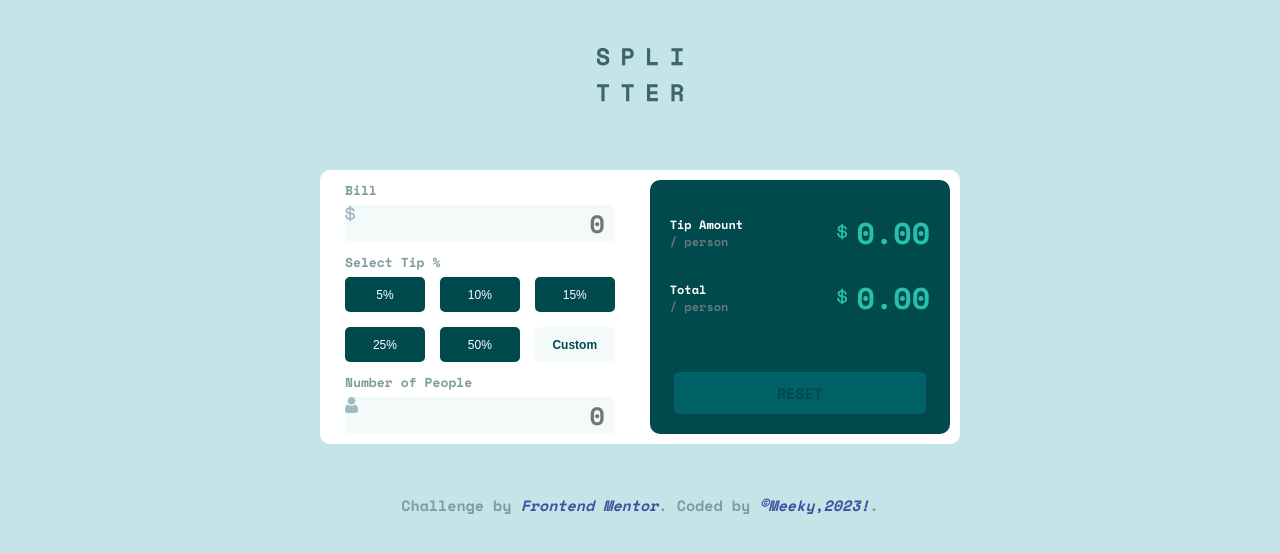
Repository: MeekyBerry/Frontend-Mentor-Challenges
Page: tip-calculator-app/index.html
An editor plug-in stored every save of this project. The page is shown before and after the next save, followed by the edit.
The browser window is 1280 px wide. The pictures show the whole page.

Above is the page before, as saved 2023-04-07 21:41:45.

### tip-calculator-app/index.html
<!DOCTYPE html>
<html lang="en">

<head>
  <meta charset="UTF-8">
  <meta name="viewport" content="width=device-width, initial-scale=1.0">
  <link rel="icon" type="image/png" sizes="32x32" href="./css/images/favicon-32x32.png">
  <title> Tip calculator app</title>
  <link rel="stylesheet" href="./css/style.css">
  <script src="./script.js" defer></script>
</head>

<body>
  <div class="heading-logo">
    <img src="./css/images/logo.svg" alt="Logo" class="logo">
  </div>

  <form id="form" class="background">
    <div class="first-container">
      <div class="first-container__content">
        <label for="bill">Bill</label>
        <input type="number" id="bill" placeholder="0" class="bill-input__img input-bar">
      </div>

      <div class="tip">
        <div class="tip--heading">Select Tip %</div>
        <div class="percent-container">
          <button type="button" class="percent five">5%</button>
          <button type="button" class="percent ten">10%</button>
          <button type="button" class="percent fiftheen">15%</button>
          <button type="button" class="percent twenty-five">25%</button>
          <button type="button" class="percent fifty">50%</button>
          <button type="button" class="percent custom" id="cst-btn">Custom</button>
        </div>
      </div>
      <div class="first-container__content">
        <div class="people-validate">
          <label for="number">Number of People</label>
          <span id="validate" class="people-zero">Can't be zero</span>
        </div>
        <!-- <div class="icon-box"> -->
          <input type="number" id="people" class="people-input__img input-bar" placeholder="0">
        <!-- </div> -->
      </div>
    </div>

    <div class="second-container">
      <div class="second-container__content">
      <div class="amount">
        <p class="total">Tip Amount <span class="person">/ person</span></p>
        <div class="digit">
          <svg xmlns="http://www.w3.org/2000/svg" >
            <path fill="var(--Strong-cyan)"
              d="M6.016 16.328v-1.464c1.232-.08 2.22-.444 2.964-1.092.744-.648 1.116-1.508 1.116-2.58v-.144c0-.992-.348-1.772-1.044-2.34-.696-.568-1.708-.932-3.036-1.092V4.184c.56.144 1.012.4 1.356.768.344.368.516.816.516 1.344v.288h1.824v-.432c0-.448-.088-.876-.264-1.284a3.783 3.783 0 00-.744-1.116A4.251 4.251 0 007.54 2.9a5.324 5.324 0 00-1.524-.492V.872H4.288V2.36a5.532 5.532 0 00-1.416.324c-.448.168-.84.392-1.176.672-.336.28-.604.616-.804 1.008-.2.392-.3.844-.3 1.356v.144c0 .96.316 1.708.948 2.244.632.536 1.548.884 2.748 1.044v3.912c-.704-.16-1.248-.472-1.632-.936-.384-.464-.576-1.08-.576-1.848v-.288H.256v.576c0 .464.08.924.24 1.38.16.456.404.88.732 1.272.328.392.744.728 1.248 1.008s1.108.476 1.812.588v1.512h1.728zM4.288 7.424c-.688-.128-1.164-.332-1.428-.612-.264-.28-.396-.644-.396-1.092 0-.464.176-.832.528-1.104.352-.272.784-.448 1.296-.528v3.336zm1.728 5.712V9.344c.768.128 1.328.328 1.68.6.352.272.528.688.528 1.248 0 .544-.196.984-.588 1.32-.392.336-.932.544-1.62.624z" />
          </svg>
          <span id="tip-amount" class="amount-span">0.00</span>
        </div>
      </div>

      <div class="amount">
        <p class="total">Total <span class="person">/ person</span></p>
        <div class="digit">
          <svg xmlns="http://www.w3.org/2000/svg">
            <path fill="var(--Strong-cyan)"
              d="M6.016 16.328v-1.464c1.232-.08 2.22-.444 2.964-1.092.744-.648 1.116-1.508 1.116-2.58v-.144c0-.992-.348-1.772-1.044-2.34-.696-.568-1.708-.932-3.036-1.092V4.184c.56.144 1.012.4 1.356.768.344.368.516.816.516 1.344v.288h1.824v-.432c0-.448-.088-.876-.264-1.284a3.783 3.783 0 00-.744-1.116A4.251 4.251 0 007.54 2.9a5.324 5.324 0 00-1.524-.492V.872H4.288V2.36a5.532 5.532 0 00-1.416.324c-.448.168-.84.392-1.176.672-.336.28-.604.616-.804 1.008-.2.392-.3.844-.3 1.356v.144c0 .96.316 1.708.948 2.244.632.536 1.548.884 2.748 1.044v3.912c-.704-.16-1.248-.472-1.632-.936-.384-.464-.576-1.08-.576-1.848v-.288H.256v.576c0 .464.08.924.24 1.38.16.456.404.88.732 1.272.328.392.744.728 1.248 1.008s1.108.476 1.812.588v1.512h1.728zM4.288 7.424c-.688-.128-1.164-.332-1.428-.612-.264-.28-.396-.644-.396-1.092 0-.464.176-.832.528-1.104.352-.272.784-.448 1.296-.528v3.336zm1.728 5.712V9.344c.768.128 1.328.328 1.68.6.352.272.528.688.528 1.248 0 .544-.196.984-.588 1.32-.392.336-.932.544-1.62.624z" />
          </svg>
          <span id="total-amount" class="amount-span">0.00</span>
        </div>
      </div>
      </div>
      <div class="btn-wrapper">
        <button type="reset" id="reset" class="btn">Reset</button>
      </div>
    </div>
  </form>

  <div class="attribution">
    Challenge by <a href="https://www.frontendmentor.io?ref=challenge" target="_blank">Frontend Mentor</a>.
    Coded by <a href="https://www.linkedin.com/in/mikkylanky/" target="_blank">&copy;Meeky,2023!</a>.
  </div>
</body>

</html>

### tip-calculator-app/css/style.css
@import url("https://fonts.googleapis.com/css2?family=Space+Mono:wght@400;700&display=swap");

:root {
  /* ### Primary */
  --Strong-cyan: hsl(172, 67%, 45%);
  /* ### Neutral */
  --Very-dark-cyan: hsl(183, 100%, 15%);
  --Dark-grayish-cyan: hsl(186, 14%, 43%);
  --Grayish-cyan: hsl(184, 14%, 56%);
  --Light-grayish-cyan: hsl(185, 41%, 84%);
  --Very-light-grayish-cyan: hsl(189, 41%, 97%);
  --White: hsl(0, 0%, 100%);
  --dark-blue: hsl(228, 45%, 44%);
}

html {
  font-size: 50%;
}

*,
::before,
::after {
  margin: 0;
  padding: 0;
  box-sizing: border-box;
}

body {
  font-size: 1.8rem;
  font-family: "Space Mono", sans-serif;
  font-weight: 700;
  background-color: var(--Light-grayish-cyan);
  color: var(--Grayish-cyan);
  height: 100%;
  width: 100%;
}

.heading-logo {
  height: 15rem;
  width: 100%;
  position: relative;
}

.logo {
  position: absolute;
  top: 50%;
  left: 50%;
  transform: translate(-50%, -50%);
}

.background {
  display: flex;
  flex-direction: column;
  justify-content: space-around;
  gap: 1rem;
  background-color: var(--White);
  height: 100%;
  width: 60%;
  border-radius: 1rem;
  padding: 2rem 1rem;
  margin: 2rem auto;
  -webkit-border-radius: 1rem;
  -moz-border-radius: 1rem;
  -ms-border-radius: 1rem;
  -o-border-radius: 1rem;
}

.first-container {
  width: 100%;
  display: flex;
  flex-direction: column;
  align-items: center;
}

.first-container__content {
  display: flex;
  flex-direction: column;
  justify-content: center;
  align-items: center;
  gap: .5rem;
  width: 90%;
}

.people-validate {
  display: flex;
  justify-content: space-between;
  align-items: center;
  gap: 1rem;
  width: 100%;
}

.people-zero {
  color: red;
  font-size: 1rem;
  font-family: "Space Mono", sans-serif;
  font-weight: 400;
  align-self: flex-end;
  display: none;
}

label {
  font-size: 1.3rem;
  align-self: flex-start;
}

.input-bar {
  display: flex;
  justify-content: space-between;
  align-items: center;
  width: 100%;
  border: none;
  border-radius: .5rem;
  font-size: 2.5rem;
  font-family: "Space Mono", sans-serif;
  font-weight: 700;
  text-align: end;
  padding: 0 1rem 0 3rem;
}

.input-bar:focus {
  outline-color: var(--Strong-cyan);
}

.bill-input__img {
  background: url(../css/images/icon-dollar.svg) no-repeat var(--Very-light-grayish-cyan);
  padding: 0 1rem 0 3rem;
}

.people-input__img {
  background: url(../css/images/icon-person.svg) no-repeat var(--Very-light-grayish-cyan);
  padding: 0 1rem 0 3rem;
}

/* Remove Arrows/Spinners ON INPUT */
input::-webkit-outer-spin-button,
input::-webkit-inner-spin-button {
  -webkit-appearance: none;
}

/* Firefox */
input[type="number"] {
  -moz-appearance: textfield;
}

.tip {
  padding: 1rem 0;
  width: 90%;
}

.tip--heading {
  font-size: 1.3rem;
  margin-bottom: .5rem;
}

.percent-container {
  display: grid;
  grid-template-columns: repeat(2, 1fr);
  grid-template-rows: repeat(3, 1fr);
  grid-template-areas:
    "five ten"
    "fiftheen twentyFive"
    "fifty custom";
  place-items: center;
  gap: 1.5rem;
}

.percent {
  background-color: var(--Very-dark-cyan);
  color: var(--White);
  text-align: center;
  border: none;
  font-size: 1.2rem;
  width: 100%;
  height: 3.5rem;
  border-radius: .5rem;
  -webkit-border-radius: .5rem;
  -moz-border-radius: .5rem;
  -ms-border-radius: .5rem;
  -o-border-radius: .5rem;
}

.percent:active {
  background-color: var(--Light-grayish-cyan);
  color: var(--Very-dark-cyan);
  font-weight: 700;
}

.five {
  grid-area: five;
}

.ten {
  grid-area: ten;
}

.fiftheen {
  grid-area: fiftheen;
}

.twenty-five {
  grid-area: twentyFive;
}

.fifty {
  grid-area: fifty;
}

.custom {
  grid-area: custom;
  background-color: var(--Very-light-grayish-cyan);
  color: var(--Very-dark-cyan);
  font-weight: 700;
}

.custom-input {
  background-color: var(--Very-light-grayish-cyan);
  color: var(--Very-dark-cyan);
  border: none;
  padding: 0 1rem;
  font-size: 1.5rem;
  font-weight: 700;
  text-align: end;
  width: 100%;
  height: 100%;
  border-radius: .5rem;
  -webkit-border-radius: .5rem;
  -moz-border-radius: .5rem;
  -ms-border-radius: .5rem;
  -o-border-radius: .5rem;
}

.custom-input:focus {
  outline-color: var(--Strong-cyan);
}

.second-container {
  background-color: var(--Very-dark-cyan);
  border-radius: 1rem;
  padding: 2rem 1rem;
  width: 90%;
  margin: 0 auto;
}

.second-container__content {
  display: flex;
  flex-direction: column;
  justify-content: space-between;
}

.amount {
  display: flex;
  justify-content: space-between;
  align-items: center;
  gap: .5rem;
  padding: 1rem;
}

.total {
  color: var(--White);
  font-size: 1.2rem;
}

.person {
  display: block;
  font-size: rem;
  color: var(--Dark-grayish-cyan);
}

.digit {
  display: flex;
  align-items: center;
  justify-content: center;
  /* gap: 1rem; */
}

svg {
  width: 2rem;
  height: 2rem;
}

.amount-span {
  font-size: 3rem;
  color: var(--Strong-cyan);
}

.btn-wrapper {
  display: flex;
  justify-content: center;
  align-items: center;
  margin-top: 1rem;
}

.btn {
  width: 90%;
  padding: 1rem;
  background-color: hsl(183, 100%, 20%);
  color: var(--Very-dark-cyan);
  border: none;
  text-transform: uppercase;
  font-size: 1.5rem;
  font-weight: 700;
  font-family: "Space Mono", sans-serif;
  border-radius: .5rem;
  -webkit-border-radius: .5rem;
  -moz-border-radius: .5rem;
  -ms-border-radius: .5rem;
  -o-border-radius: .5rem;
}

.attribution {
  font-size: 1.5rem;
  text-align: center;
  margin-top: 5rem;
}

.attribution a {
  color: var(--dark-blue);
  text-decoration: none;
  font-style: italic;
}

@media only screen and (min-width: 600px) {
  html {
    font-size: 56.25%
  }

  .background {
    width: 40%;
  }
}

@media only screen and (min-width: 900px) {
  html {
    font-size: 62.5%;
  }

  .background {
    width: 50%;
    height: 50%;
    margin: 2rem auto;
    flex-direction: row;
    gap: 2rem;
    padding: 1rem;
  }

  .first-container {
    display: flex;
    flex-direction: column;
    justify-content: space-around;
    flex-basis: 50%;
  }

  .percent-container {
    grid-template-columns: repeat(3, 1fr);
    grid-template-rows: repeat(2, 1fr);
    grid-template-areas:
      "five ten fiftheen"
      "twentyFive fifty custom";
  }

  .second-container {
    display: flex;
    flex-direction: column;
    flex-basis: 50%;
  }

  .btn-wrapper {
    margin-top: auto;
  }
}

### tip-calculator-app/script.js
// 1. Get the bill amount from the input field
const billInput = document.getElementById("bill");
// 2. Get the tip percentage from the Button array
const tipButtons = document.querySelectorAll(".percent");
// 2.1. The percentage array contains a Custom button which toggles to input field when clicked
const customButton = document.querySelector(".custom");
// 2.2. Get the custom percentage from the input field
const customInput = document.createElement("input");
// Add style class to created customInput element
// customInput.classList.add('custom-input');
// 3. Get the number of people from the input field
const peopleInput = document.getElementById("people");
// 4. Calculate the tip amount per person;
const tipAmountSpan = document.getElementById("tip-amount");
// 5. Calculate the total cost per person
const totalAmountSpan = document.getElementById("total-amount");
// 6. Display the tip amount per person
const resetButton = document.getElementById("reset");
const validatePeople = document.getElementById("validate");

let bill = 0;
let tipPercentage = 0;
let customPercentage = 0;
let people = 0;

let inputPeople = false;
let error = true;

// calculate tip and total amount
const calculateTip = () => {
  if (people > 0) {
    inputPeople = true;
    let tip = (bill * (tipPercentage + customPercentage)) / 100;
    let total = bill + tip;
    let tipPerPerson = tip / people;
    let totalPerPerson = total / people;
    tipAmountSpan.textContent = `${tipPerPerson.toFixed(2)}`;
    totalAmountSpan.textContent = `${totalPerPerson.toFixed(2)}`;
  }
};

// add event listener for bill input
billInput.addEventListener("input", () => {
  bill = Number(billInput.value);
  calculateTip();
  disableReset();
});

// add event listener for people input
peopleInput.addEventListener("input", () => {
  if (peopleInput.value === "0") {
    validatePeople.style.display = "block";
    peopleInput.style.outlineColor = "red";
  } else {
    validatePeople.style.display = "none";
    peopleInput.style.outlineColor = "hsl(172, 67%, 45%)";
    people = Number(peopleInput.value);
    calculateTip();
    disableReset();
  }
});

// add event listeners for tip buttons
tipButtons.forEach((button) => {
  button.addEventListener("click", () => {
    if (button.classList.contains("custom")) {
      customInput.type = "number";
      customInput.value = "";
      customInput.classList.add("custom-input");
      if (button.parentNode) {
        button.parentNode.replaceChild(customInput, button);
        customInput.focus();
      }
    } else {
      tipPercentage = Number(button.textContent.replace("%", ""));
      calculateTip();
    }
  });
});

// add event listener for custom input
customInput.addEventListener("input", () => {
  customPercentage = Number(customInput.value);
  calculateTip();
});

// add event listener for reset button
resetButton.addEventListener("click", () => {
  billInput.value = "";
  peopleInput.value = "";
  tipAmountSpan.textContent = "0.00";
  totalAmountSpan.textContent = "0.00";
  bill = 0;
  tipPercentage = 0;
  customPercentage = 0;
  people = 0;
  if (customInput.parentNode) {
    customInput.parentNode.replaceChild(customButton, customInput);
  }
  resetButton.disabled = true;
  disableReset();
  validatePeople.style.display = "none";
});

// disable reset button
const disableReset = () => {
  if (billInput.value.trim() === "" && peopleInput.value.trim() === "") {
    resetButton.disabled = true;
    resetButton.style.backgroundColor = "hsl(183, 100%, 25%)";
  } else {
    resetButton.disabled = false;
    resetButton.style.backgroundColor = "hsl(172, 67%, 45%)";
  }
};

// add event listeners for reset button for the active state
resetButton.addEventListener("mousedown", () => {
  resetButton.style.backgroundColor = "hsl(185, 41%, 84%)";
});

resetButton.addEventListener("mouseup", () => {
  resetButton.style.backgroundColor = "hsl(183, 100%, 25%)";
});

After the next save:
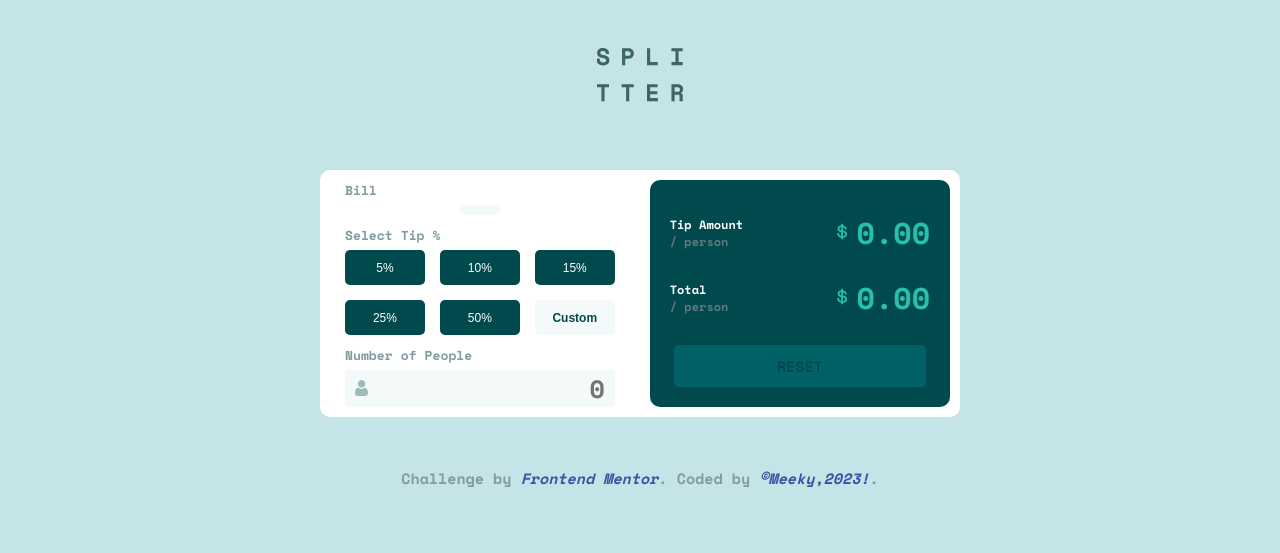
Saved 34 s later.
--- a/tip-calculator-app/css/style.css
+++ b/tip-calculator-app/css/style.css
@@ -122,12 +122,14 @@
 }
 
 .bill-input__img {
-  background: url(../css/images/icon-dollar.svg) no-repeat var(--Very-light-grayish-cyan);
+  background: url(../css/images/icon-dollar.svg) no-repeat var(--Very-light-grayish-cyan) 1rem 1rem;
+  width: 1rem;
+  height: 1rem;
   padding: 0 1rem 0 3rem;
 }
 
 .people-input__img {
-  background: url(../css/images/icon-person.svg) no-repeat var(--Very-light-grayish-cyan);
+  background: url(../css/images/icon-person.svg) no-repeat var(--Very-light-grayish-cyan) 1rem 1rem;
   padding: 0 1rem 0 3rem;
 }
 

After the save that followed:
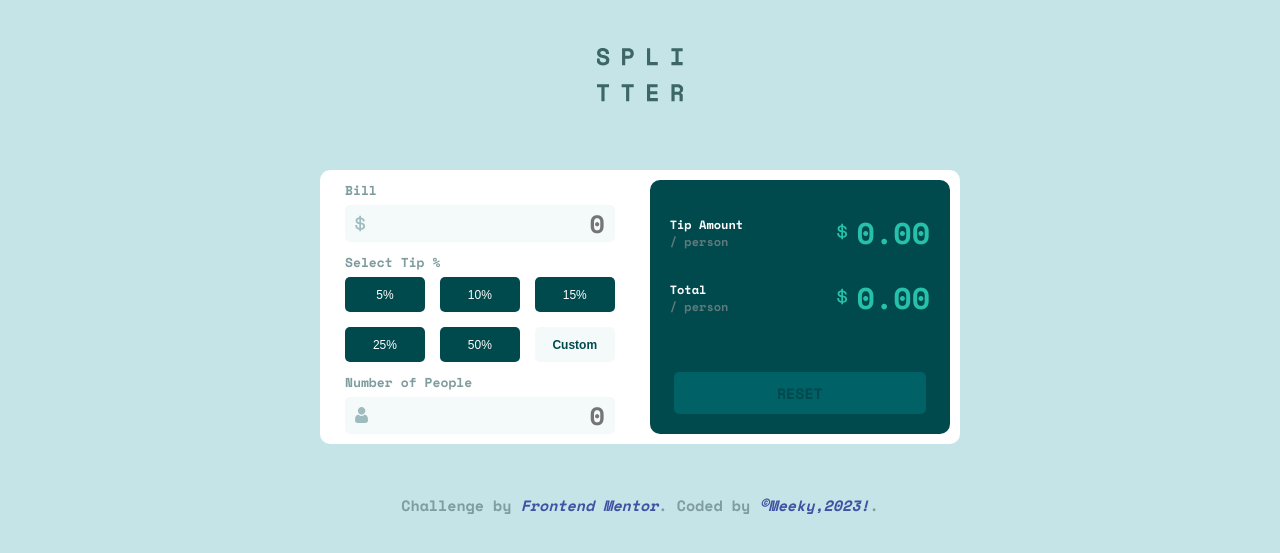
Saved 15 s later.
--- a/tip-calculator-app/css/style.css
+++ b/tip-calculator-app/css/style.css
@@ -123,8 +123,6 @@
 
 .bill-input__img {
   background: url(../css/images/icon-dollar.svg) no-repeat var(--Very-light-grayish-cyan) 1rem 1rem;
-  width: 1rem;
-  height: 1rem;
   padding: 0 1rem 0 3rem;
 }
 
